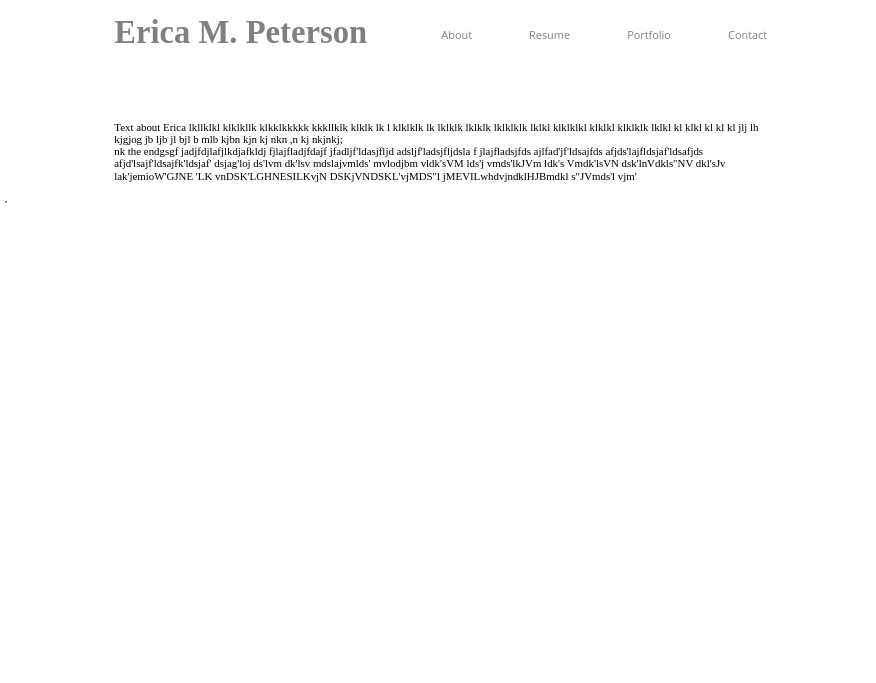
Repository: 255AM/erica
Page: about.html
The author's editor kept a record of every edit. The page is drawn from the files as they stood at one moment, then again after the next edit.
The browser window is 1280 px wide. The page is 1288 px wide, so the pictures cover 1288 px, including what lies to the right of the window. The pictures show the whole page, at 68% of full size.
Some web libraries are served in a nearby version.

Above is the page before.

After the next edit:
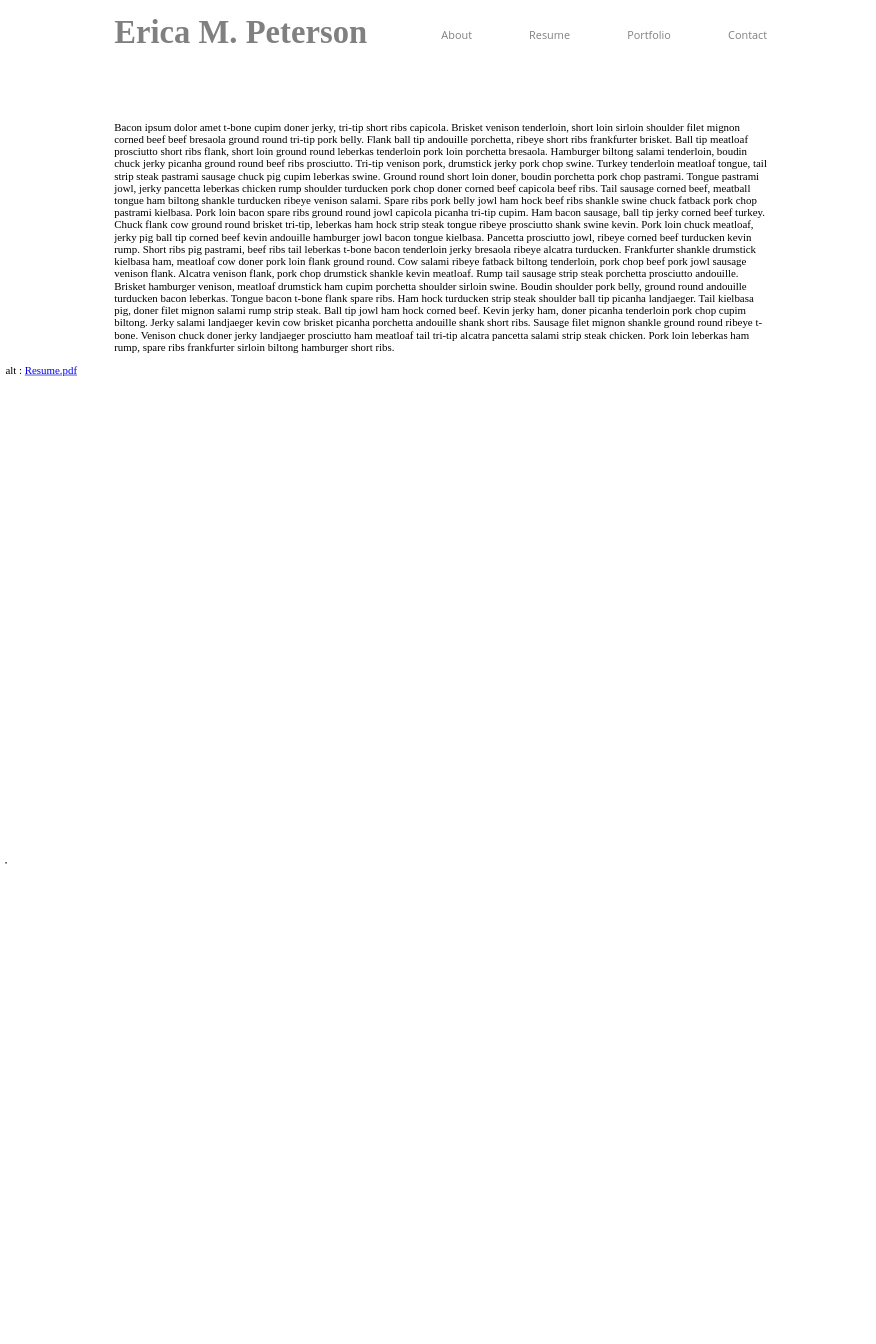
The edit:
--- a/about.html
+++ b/about.html
@@ -26,10 +26,20 @@
 
 
 <!-- 4-paragraph of text about erica bottom 3rd of page spanning near entire width of page -->
-    <p class="about"> Text about Erica lkllklkl klklkllk klkklkkkkk kkkllklk klklk lk l klklklk lk lklklk lklklk lklklklk           lklkl klklklkl klklkl klklklk lklkl kl klkl kl kl kl jlj lh kjgjog jb ljb jl bjl b mlb kjbn kjn kj nkn ,n kj                nkjnkj;         <br>nk the endgsgf jadjfdjlafjlkdjafkldj fjlajfladjfdajf jfadljf'ldasjfljd adsljf'ladsjfljdsla            f    jlajfladsjfds               ajlfad'jf'ldsajfds afjds'lajfldsjaf'ldsafjds afjd'lsajf'ldsajfk'ldsjaf'                  dsjag'loj ds'lvm dk'lsv mdslajvmlds'                 mvlodjbm vldk'sVM lds'j vmds'lkJVm ldk's Vmdk'lsVN                    dsk'lnVdkls"NV dkl'sJv lak'jemioW'GJNE 'LK vnDSK'LGHNESILKvjN             DSKjVNDSKL'vjMDS"l                              jMEVILwhdvjndklHJBmdkl s"JVmds'l vjm'
+    <p class="about"> Bacon ipsum dolor amet t-bone cupim doner jerky, tri-tip short ribs capicola. Brisket venison tenderloin, short loin sirloin shoulder filet mignon corned beef beef bresaola ground round tri-tip pork belly. Flank ball tip andouille porchetta, ribeye short ribs frankfurter brisket. Ball tip meatloaf prosciutto short ribs flank, short loin ground round leberkas tenderloin pork loin porchetta bresaola. Hamburger biltong salami tenderloin, boudin chuck jerky picanha ground round beef ribs prosciutto. Tri-tip venison pork, drumstick jerky pork chop swine. Turkey tenderloin meatloaf tongue, tail strip steak pastrami sausage chuck pig cupim leberkas swine.
+
+Ground round short loin doner, boudin porchetta pork chop pastrami. Tongue pastrami jowl, jerky pancetta leberkas chicken rump shoulder turducken pork chop doner corned beef capicola beef ribs. Tail sausage corned beef, meatball tongue ham biltong shankle turducken ribeye venison salami. Spare ribs pork belly jowl ham hock beef ribs shankle swine chuck fatback pork chop pastrami kielbasa. Pork loin bacon spare ribs ground round jowl capicola picanha tri-tip cupim. Ham bacon sausage, ball tip jerky corned beef turkey. Chuck flank cow ground round brisket tri-tip, leberkas ham hock strip steak tongue ribeye prosciutto shank swine kevin.
+
+Pork loin chuck meatloaf, jerky pig ball tip corned beef kevin andouille hamburger jowl bacon tongue kielbasa. Pancetta prosciutto jowl, ribeye corned beef turducken kevin rump. Short ribs pig pastrami, beef ribs tail leberkas t-bone bacon tenderloin jerky bresaola ribeye alcatra turducken. Frankfurter shankle drumstick kielbasa ham, meatloaf cow doner pork loin flank ground round. Cow salami ribeye fatback biltong tenderloin, pork chop beef pork jowl sausage venison flank. Alcatra venison flank, pork chop drumstick shankle kevin meatloaf. Rump tail sausage strip steak porchetta prosciutto andouille.
+
+Brisket hamburger venison, meatloaf drumstick ham cupim porchetta shoulder sirloin swine. Boudin shoulder pork belly, ground round andouille turducken bacon leberkas. Tongue bacon t-bone flank spare ribs. Ham hock turducken strip steak shoulder ball tip picanha landjaeger. Tail kielbasa pig, doner filet mignon salami rump strip steak. Ball tip jowl ham hock corned beef.
+
+Kevin jerky ham, doner picanha tenderloin pork chop cupim biltong. Jerky salami landjaeger kevin cow brisket picanha porchetta andouille shank short ribs. Sausage filet mignon shankle ground round ribeye t-bone. Venison chuck doner jerky landjaeger prosciutto ham meatloaf tail tri-tip alcatra pancetta salami strip steak chicken. Pork loin leberkas ham rump, spare ribs frankfurter sirloin biltong hamburger short ribs.
     </p>
 
-
+     <div>
+<object data="img/resume.pdf" type="application/pdf" width="100%" height="100%"> alt : <a href="test.pdf">Resume.pdf</a></object>
+</div>
 
 
 
